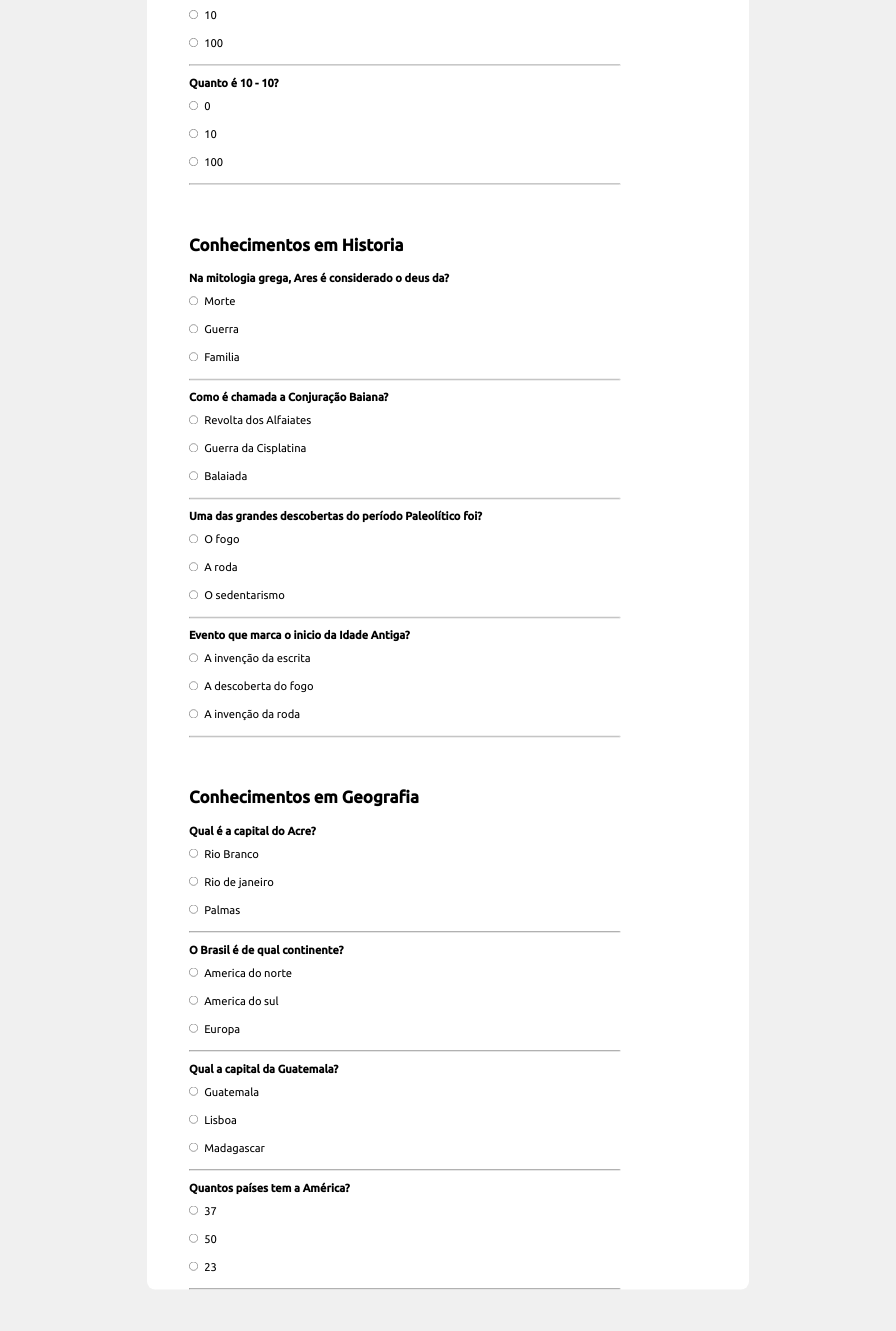
Repository: Delei09/desafioPerguntas
Page: / (app in frontend/)
The author's editor kept a copy of each file at every save. The page is drawn from the files as they stood at one save, then again after the next save.
The browser window is 1280 px wide. The pictures show the part of the page from y = 676 to 2596 px (the page is 2578 px tall before and 2596 px after), at 70% of full size.
The project was rebuilt for these pictures with package versions that can differ from the ones it lists, and the page was loaded fresh each time.

Above is the page before, as saved 2021-08-18 14:53:55.

### frontend/public/index.html
<!DOCTYPE html>
<html lang="Pt-Br">
  <head>
    <meta charset="utf-8" />
    <meta name="viewport" content="width=device-width, initial-scale=1" />
    <meta name="theme-color" content="#000000" />
    <link rel="preconnect" href="https://fonts.googleapis.com">
    <link rel="preconnect" href="https://fonts.gstatic.com" crossorigin>
    <link href="https://fonts.googleapis.com/css2?family=Ubuntu:wght@400;500&display=swap" rel="stylesheet">

    <title>Desafio Inatel</title>
  </head>
  <body>
    <noscript>You need to enable JavaScript to run this app.</noscript>
    <div id="root"></div>
  </body>
</html>

### frontend/src/index.tsx
import React from 'react';
import ReactDOM from 'react-dom';
import App from './App';
import './styles/global.scss'

ReactDOM.render(
  <React.StrictMode>
    <App />
  </React.StrictMode>,
  document.getElementById('root')
);

### frontend/src/App.tsx
import React, { createContext} from 'react';
import Rotas from './Rotas';

const perguntasMatematica= [  {
  pergunta: 'Quanto é 2 + 2?',
  options: [
    "1",
    "2",
    "4",
  ],
  resposta: "4",
  id: 'p1',
},{
  pergunta: 'Quanto é 2 x 2?',
  options: [
    "0",
    "1",
    "4",
  ],
  resposta: "4",
  id: 'p2',
},{
  pergunta: 'Quanto é 10 x 10?',
  options: [
    "0",
    "10",
    "100",
  ],
  resposta: "100",
  id: 'p3',
},{
  pergunta: 'Quanto é 10 - 10?',
  options: [
    "0",
    "10",
    "100",
  ],
  resposta: "0",
  id: 'p4',
}]

const perguntasHistoria= [  {
  pergunta: 'Na mitologia grega, Ares é considerado o deus da?',
  options: [
    "Morte",
    "Guerra",
    "Familia",
  ],
  resposta: "Guerra",
  id: 'p1',
},{
  pergunta: 'Como é chamada a Conjuração Baiana?',
  options: [
    "Revolta dos Alfaiates",
    "Guerra da Cisplatina",
    "Balaiada",
  ],
  resposta: "Revolta dos Alfaiates",
  id: 'p2',
},{
  pergunta: 'Uma das grandes descobertas do período Paleolítico foi?',
  options: [
    "O fogo",
    "A roda",
    "O sedentarismo",
  ],
  resposta: "O fogo",
  id: 'p3',
},{
  pergunta: 'Evento que marca o inicio da Idade Antiga?',
  options: [
    "A invenção da escrita",
    "A descoberta do fogo",
    "A invenção da roda",
  ],
  resposta: "A invenção da escrita",
  id: 'p4',
}]


const perguntasGeografia= [  {
  pergunta: 'Qual é a capital do Acre?',
  options: [
    "Rio Branco",
    "Rio de janeiro",
    "Palmas",
  ],
  resposta: "Rio Branco",
  id: 'p1',
},{
  pergunta: 'O Brasil é de qual continente?',
  options: [
    "America do norte",
    "America do sul",
    "Europa",
  ],
  resposta: "America do sul",
  id: 'p2',
},{
  pergunta: 'Qual a capital da Guatemala?',
  options: [
    "Guatemala",
    "Lisboa",
    "Madagascar",
  ],
  resposta: "Guatemala",
  id: 'p3',
},{
  pergunta: 'Quantos países tem a América?',
  options: [
    "37",
    "50",
    "23",
  ],
  resposta: "37",
  id: 'p4',
}]
type perguntaType =  {
  pergunta: string;
  options: string[];
  resposta: string;
  id: string;
}[]

type contextType = {
  perguntasHistoria : perguntaType,
  perguntasMatematica : perguntaType,
  perguntasGeografia : perguntaType,
}

export const ContextPerguntas   = createContext<contextType>( {} as contextType)

function App() {

  return (
    <div className="App">
      <ContextPerguntas.Provider  value = { {perguntasMatematica, perguntasHistoria, perguntasGeografia} }  >
        <Rotas />
      </ContextPerguntas.Provider>
    </div>
  );
}

export default App;

### frontend/src/styles/global.scss
*{
 margin:0;
 padding:0;
 box-sizing: border-box;
 text-decoration: none;
}
body{
 font-family: 'Ubuntu', sans-serif;
 background: #F0F0F0;

}
.App{
 padding-left: 60px ;
 padding-top: 40px;
 background: #FFFFFF;
 max-width: 860px;
 height: 100%;
 min-height: 500px;
 border-radius: 12px;
 margin:60px auto;
}

### frontend/src/Rotas.tsx
import React from 'react';
import Home from './page/Home';


const Rotas = () => {

 return(
  <Home />
 )
} ;

export default Rotas;

### frontend/src/page/Home.tsx
import React , {useContext}from 'react';
import Header from '../components/Header'
import ContainerMain  from '../components/ContainerMain';
import {ContextPerguntas} from '../App'

const Home : React.FC= () => {

const {perguntasMatematica, perguntasHistoria, perguntasGeografia} = useContext(ContextPerguntas)

 return(
<>
   <Header titulo = 'Gabarito: Teste de Conhecimentos' />
   <ContainerMain titulo = 'Conhecimentos em Matemática'>

      {perguntasMatematica.map(questao => {
      return(
         <div key={questao.id}>
         <h4>{questao.pergunta}</h4>
         <div className = 'mainOpcao'>
         {questao.options.map( (option, i) => {
            return(
               <label key = {i}>  <input type="radio" name={questao.id} value= {option} /> {option}  </label>
            )
         })}
         </div>
         <hr/>
         </div>
      )
      })}
   </ContainerMain>
   <ContainerMain titulo = 'Conhecimentos em Historia'>

{perguntasHistoria.map(questao => {
      return(
         <div key={questao.id}>
         <h4>{questao.pergunta}</h4>
         <div className = 'mainOpcao'>
         {questao.options.map( (option, i) => {
            return(
               <label key = {i}>  <input type="radio" name={questao.id} value= {option} /> {option}  </label>
            )
         })}
         </div>
         <hr/>
         </div>
      )
      })}
   </ContainerMain>
   <ContainerMain titulo = 'Conhecimentos em Geografia'>

{perguntasGeografia.map(questao => {
      return(
         <div key={questao.id}>
         <h4>{questao.pergunta}</h4>
         <div className = 'mainOpcao'>
         {questao.options.map( (option, i) => {
            return(
               <label key = {i}>  <input type="radio" name={questao.id} value= {option} /> {option}  </label>
            )
         })}
         </div>
         <hr/>
         </div>
      )
      })}
   </ContainerMain></>
 )
}

export default Home

### frontend/src/components/Header.tsx
import React from 'react';
import '../styles/header.scss'


type headerType = {
 titulo: string;
}


const Header = (props : headerType) => {

 return(
  <header className="headerApp">
   {props.titulo}
   <hr className="headerLinha"/>
  </header>
 )
} ;

export default Header

### frontend/src/components/ContainerMain.tsx
import React from 'react';
import '../styles/containerMain.scss'

type mainType = {
 titulo : string
}


const Main: React.FC<mainType> = ({...props}) => {

 return(
  <section>
       <h2>{props.titulo}</h2>
       <div>
          {props.children}
       </div>

  </section>
 )
} ;

export  default Main;

### frontend/src/styles/header.scss
.headerApp{
 color: #1B50B6;
 font-size: 32px;
 font-style: normal;
 font-weight: 500;
 line-height: 37px;
 letter-spacing: 0em;
 text-align: left;
 width:100%;
 max-width: 618px;

 hr{
  margin-top:10px ;
  background: #1B50B6;
  height: 4px;
  width: 618px;
 }
}

### frontend/src/styles/containerMain.scss
section{
 display : flex;
 flex-direction: column;
 gap : 24px;

  >div{
   display : flex;
   flex-direction: column;
   gap : 15px;
   h4{
    margin-bottom: 15px;
   }
  }

 hr{
  background: #C4C4C4;
  height: 1px;
  max-width: 616px;
  margin-top: 22px;
 }
 h2{
  margin-top:72px
 }

}

.mainOpcao{
 display : flex;
 flex-direction: column;
 gap : 22px;
 input{
  margin-right: 5px;
 }
}

After the next save:
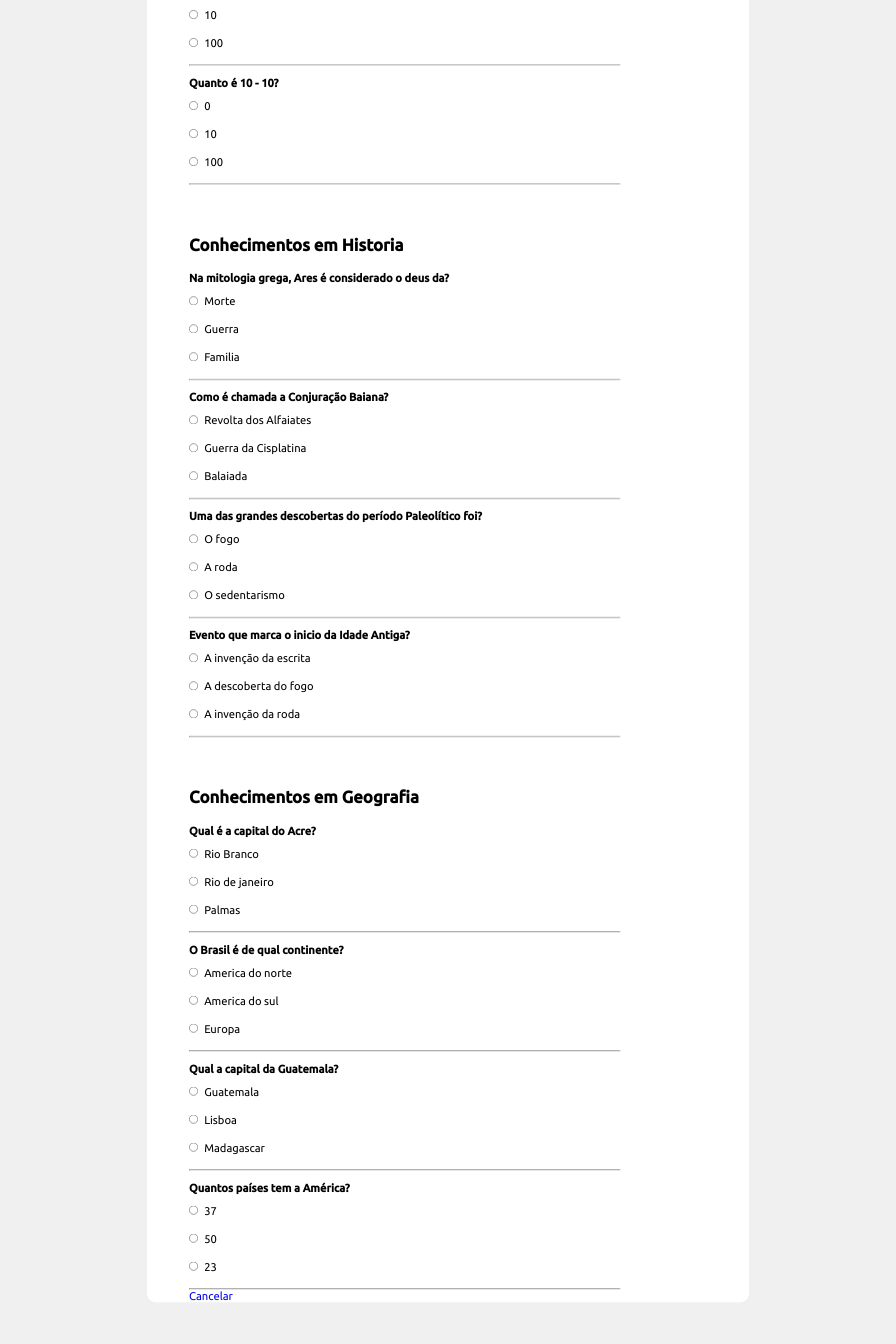
Saved 95 s later.
--- a/frontend/src/page/Home.tsx
+++ b/frontend/src/page/Home.tsx
@@ -63,7 +63,11 @@ const {perguntasMatematica, perguntasHistoria, perguntasGeografia} = useContext(
          </div>
       )
       })}
-   </ContainerMain></>
+   </ContainerMain>
+   <div>
+      <a href = '#' >Cancelar</a>
+   </div>
+   </>
  )
 }
 
